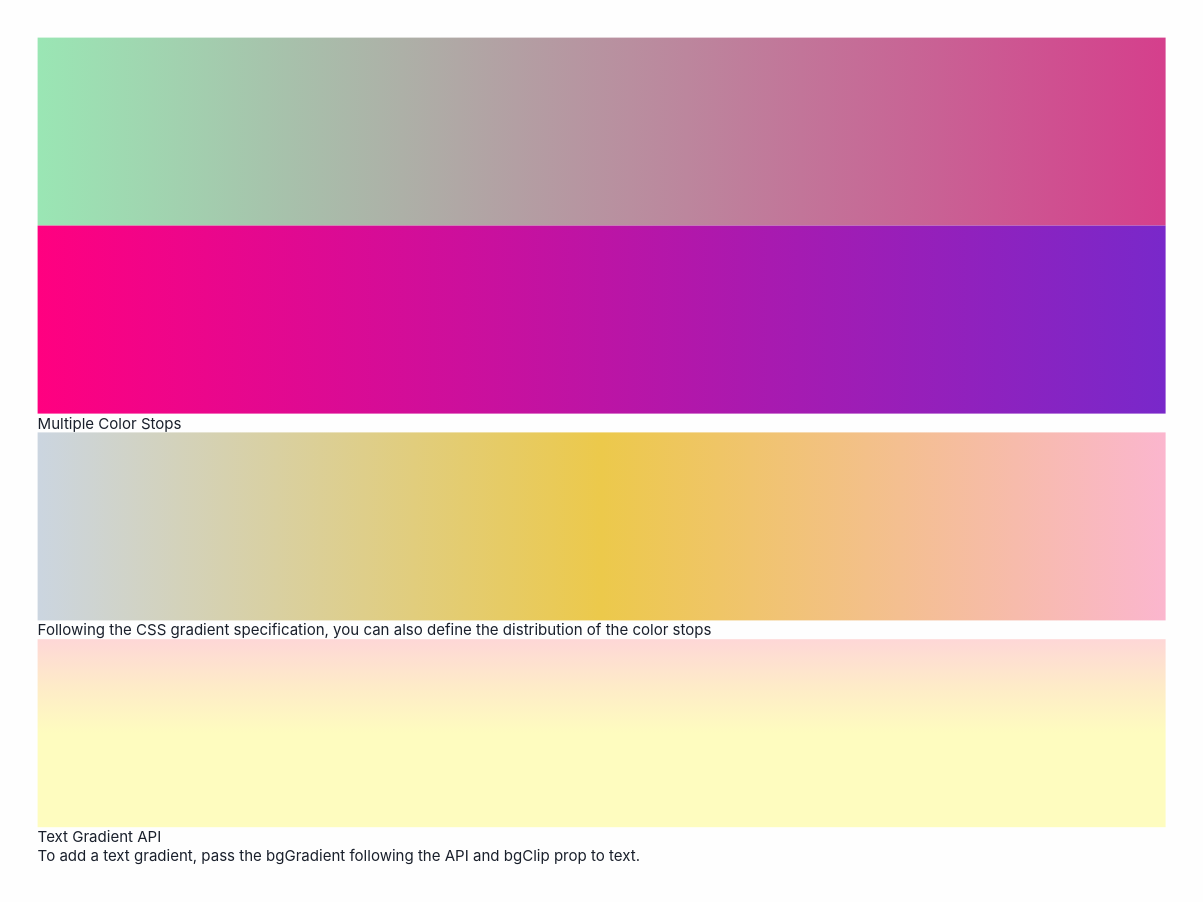
Repository: jorgelucasjs/chakra-ui-doc
Page: /
The author's editor kept a copy of each file at every save. The page is drawn from the files as they stood at one save, then again after a run of saves.
The browser window is 1280 px wide. The pictures show the whole page, at 94% of full size.
The project was rebuilt for these pictures with package versions that can differ from the ones it lists, and the page was loaded fresh each time.

Above is the page before, as saved 2023-01-05 11:52:15.

### public/index.html
<!DOCTYPE html>
<html lang="en">
  <head>
    <meta charset="utf-8" />
   <!--  <link rel="icon" href="%PUBLIC_URL%/logo.jpg" /> -->
    <meta name="viewport" content="width=device-width, initial-scale=1" />
    <meta name="theme-color" content="#000000" />
    <meta
      name="description"
      content="Web site created using create-react-app"
    />
    <!-- <link rel="apple-touch-icon" href="%PUBLIC_URL%/logo.jpg" /> -->
    <!--
      manifest.json provides metadata used when your web app is installed on a
      user's mobile device or desktop. See https://developers.google.com/web/fundamentals/web-app-manifest/
    -->
    <link rel="manifest" href="%PUBLIC_URL%/manifest.json" />
    <!--
      Notice the use of %PUBLIC_URL% in the tags above.
      It will be replaced with the URL of the `public` folder during the build.
      Only files inside the `public` folder can be referenced from the HTML.

      Unlike "/favicon.ico" or "favicon.ico", "%PUBLIC_URL%/favicon.ico" will
      work correctly both with client-side routing and a non-root public URL.
      Learn how to configure a non-root public URL by running `npm run build`.
    -->
    <title>Chackra ui</title>
  </head>
  <body>
    <noscript>You need to enable JavaScript to run this app.</noscript>
    <div id="root"></div>
    <!--
      This HTML file is a template.
      If you open it directly in the browser, you will see an empty page.

      You can add webfonts, meta tags, or analytics to this file.
      The build step will place the bundled scripts into the <body> tag.

      To begin the development, run `npm start` or `yarn start`.
      To create a production bundle, use `npm run build` or `yarn build`.
    -->
  </body>
</html>

### src/index.tsx
import React from 'react';
import ReactDOM from 'react-dom/client';
import App from './App';
import reportWebVitals from './reportWebVitals';

const root = ReactDOM.createRoot(
  document.getElementById('root') as HTMLElement
);


root.render(

	<React.StrictMode>
		<App />
	</React.StrictMode>

);

reportWebVitals();

### src/App.tsx
import * as React from 'react';
import PagesRouter from './routes';
import { extendTheme, ChakraProvider } from '@chakra-ui/react';

export default function App(): JSX.Element {

	const colors = {
		brand: {
			900: '#1a365d',
			800: '#153e75',
			700: '#2a69ac',
		},
	};

	const theme = extendTheme({ colors });

	return (
		<ChakraProvider theme={theme}>
			<PagesRouter />
		</ChakraProvider>
	);
}

### src/routes/index.tsx
import React from 'react';
import { BrowserRouter, Route, Routes } from 'react-router-dom';
import Home from '../pages';
import GlobalStyle from './../style/Global';
export default function PagesRouter(): JSX.Element {
	return (

		<BrowserRouter>
			<GlobalStyle />

			<Routes>

				<Route
					path='/'
					element={<Home />}
				/>
			</Routes>
		</BrowserRouter>

	);
}

### src/pages/index.tsx
import React from 'react';
import { Box, Container, Text, Flex, Grid, Button, SimpleGrid } from '@chakra-ui/react';
import Gradient from '../components/Gradient';


export default function index(): JSX.Element {

	return (
		<Box p={10}>
			<Gradient />
		</Box>
	);
}

### src/style/Global.ts
import { createGlobalStyle } from 'styled-components';

export default createGlobalStyle`
  * {
	  margin: 0;
	  padding: 0;
	  box-sizing: border-box;
	}

  body {
	  width: 100vw;
	  background:#fefefe;
  }

  body,
  input,
  textarea,
  button {
	font: 400 1rem Inter, sans-serif;
  }

  h1 {
	font-size: 2.5rem;
	font: 700;
	font-family: 'Work Sans', sans-serif;
  }

  h2 {
	font-size: 1.5rem;
  }

  button {
	cursor: pointer;
  }

  h1,
  h2,
  h3,
  h4,
  h5,
  h6 {
	font-weight: 600;
	font-family: Lexend, sans-serif;
  }

  input {
	outline: none;
  }
  a{
	text-decoration:none;
	color:#fff;
  }
  .modalContent,
  .secondModal {
	>img {
	  width: 15rem;
	  margin: 15px auto;
	  display: flex;
	  justify-content: center;
	  align-self: center;
	}
	> form {
	  margin: 20px 0;
	  width: 100%;
	  text-align: center;

	> label {
	  display: flex;
	  align-items: flex-start;
	  margin: 15px 0;
	  color: #1c1c1c;
	}

	>button {
	  margin-top: 25px;
	}
  }
}


.secondModal {
  >h1 {
	text-align: center;
	margin: 4rem 0 0 0;
  }

  >span {
	display: block;
	text-align: center;
	color: #1c1c1c;
	font-size: 15px;
	margin: 20px 0;
  }
}



`;

### src/components/Gradient.tsx
import React from 'react';
import { Box, Container, Text, Flex, Grid, Button, SimpleGrid } from '@chakra-ui/react';

export default function Gradient(): JSX.Element {

	/* Here's the list of supported direction shorthands and their respective values:
	{
		"to-t": "to top",
		"to-tr": "to top right",
		"to-r": "to right",
		"to-br": "to bottom right",
		"to-b": "to bottom",
		"to-bl": "to bottom left",
		"to-l": "to left",
		"to-tl": "to top left"
	}*/

	return (
		<div>
			<Box w='100%' h='200px' bgGradient='linear(to-r, green.200, pink.500)' />
			<Box w='100%' h='200px' bgGradient='linear(to-l, #7928CA, #FF0080)' />

			<Text>Multiple Color Stops</Text>
			<Box
				w='100%'
				h='200px'
				bgGradient='linear(to-r, gray.300, yellow.400, pink.200)'
			/>
			<Text>Following the CSS gradient specification, you can also define the distribution of the color stops</Text>

			<Box
				w='100%'
				h='200px'
				bgGradient='linear(red.100 0%, orange.100 25%, yellow.100 50%)'
			/>

			<Text>Text Gradient API</Text>
			<p>To add a text gradient, pass the bgGradient following the API and bgClip prop to text.</p>

		</div>
	);
}

Loaded but not shown: src/reportWebVitals.ts (common file)

After the next 2 saves:
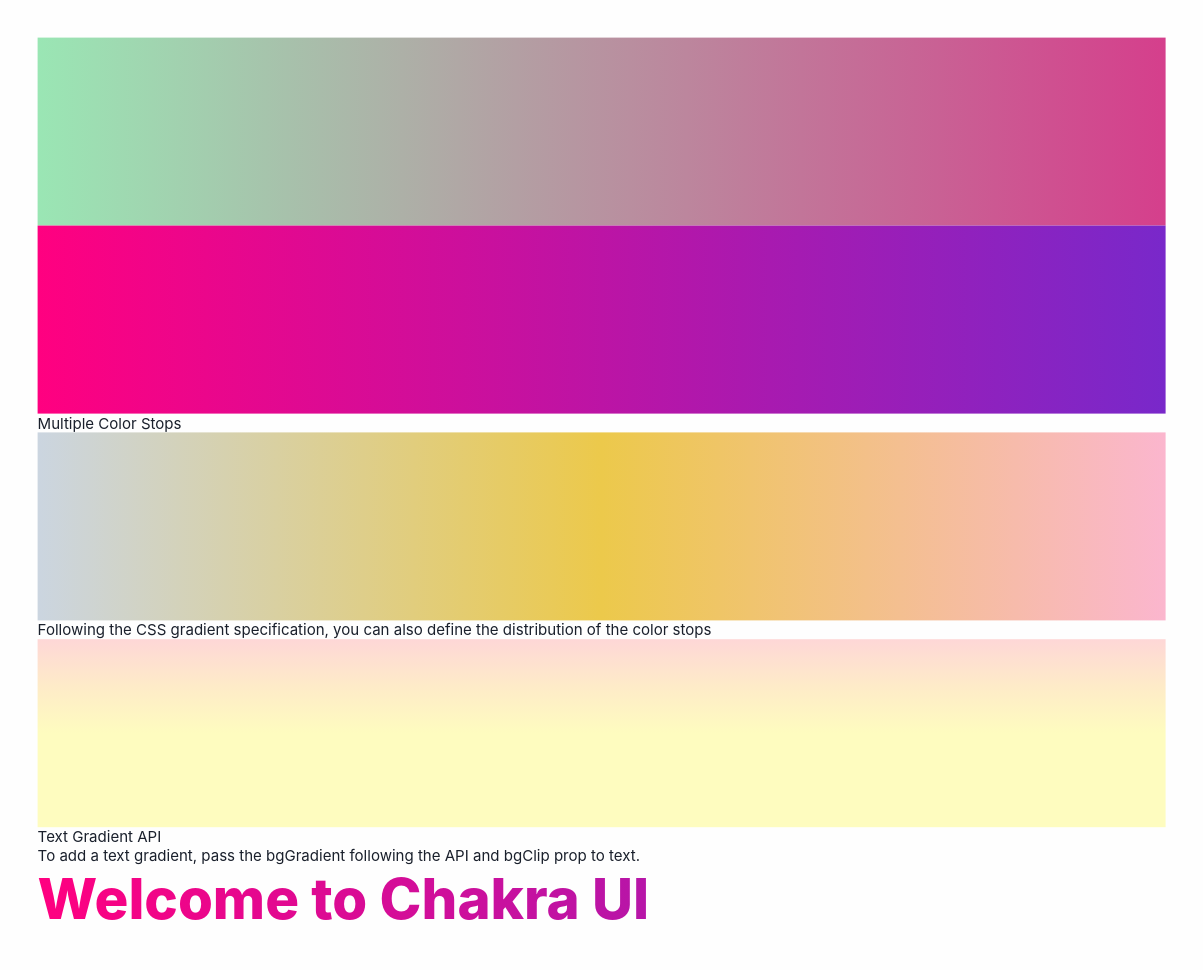
The 2 saves are shown as one change because they came seconds apart.
The last was saved 14 s later.
--- a/src/components/Gradient.tsx
+++ b/src/components/Gradient.tsx
@@ -37,6 +37,15 @@
 			<Text>Text Gradient API</Text>
 			<p>To add a text gradient, pass the bgGradient following the API and bgClip prop to text.</p>
 
+			<Text
+				bgGradient='linear(to-l, #7928CA, #FF0080)'
+				bgClip='text'
+				fontSize='6xl'
+				fontWeight='extrabold'
+			>
+				Welcome to Chakra UI
+			</Text>
+
 		</div>
 	);
 }
